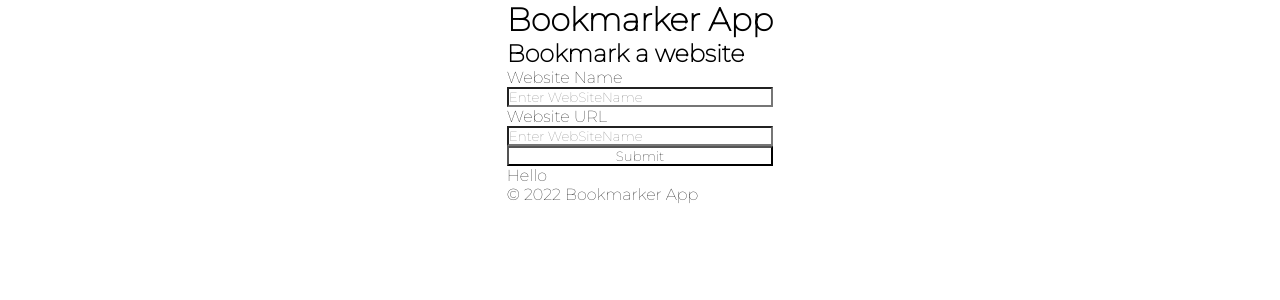
Repository: Suporl9/BookMarkerApp
Page: index.html
An editor plug-in stored every save of this project. The page is shown before and after the next save, followed by the edit.
The browser window is 1280 px wide. The pictures show the whole page.

Above is the page before, as saved 2021-11-21 17:29:22.

After the next save:
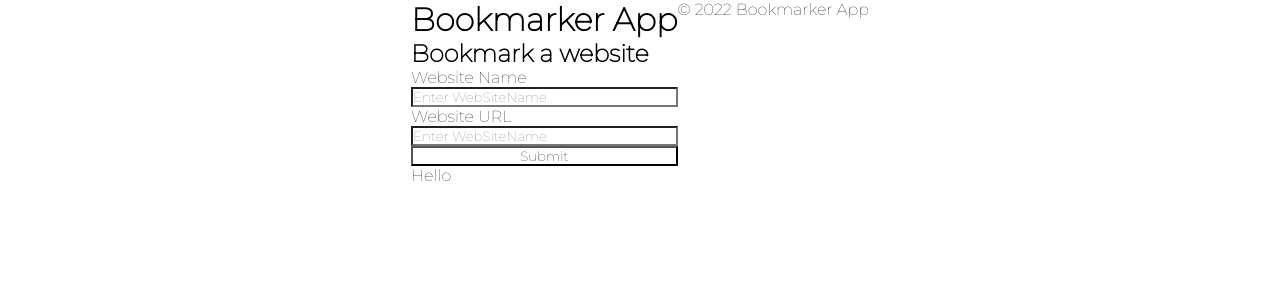
Saved 20 s later.
--- a/index.html
+++ b/index.html
@@ -33,10 +33,13 @@
           </form>
         </div>
         <div class="toBeAdded">Hello</div>
-        <footer class="footer">
+        <!-- <footer class="footer">
           <p>&copy; 2022 Bookmarker App</p>
-        </footer>
+        </footer> -->
       </div>
+      <footer class="footer">
+        <p>&copy; 2022 Bookmarker App</p>
+      </footer>
     </div>
   </body>
 </html>

After the save that followed:
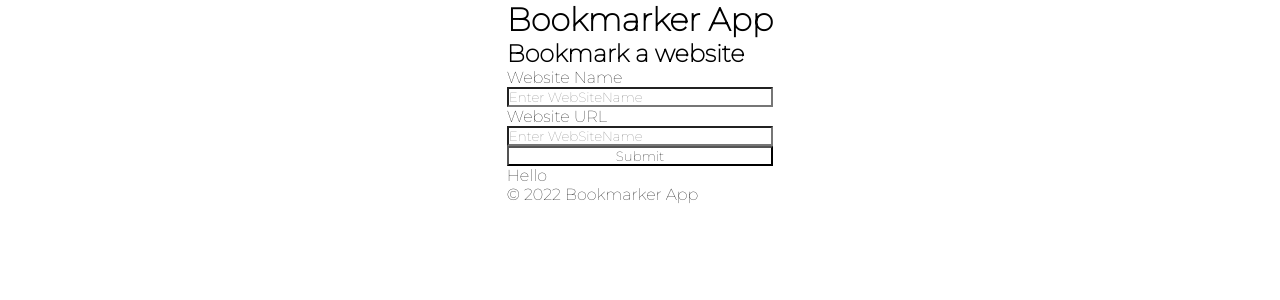
Saved 10 s later.
--- a/index.html
+++ b/index.html
@@ -33,13 +33,10 @@
           </form>
         </div>
         <div class="toBeAdded">Hello</div>
-        <!-- <footer class="footer">
+        <footer class="footer">
           <p>&copy; 2022 Bookmarker App</p>
-        </footer> -->
+        </footer>
       </div>
-      <footer class="footer">
-        <p>&copy; 2022 Bookmarker App</p>
-      </footer>
     </div>
   </body>
 </html>
